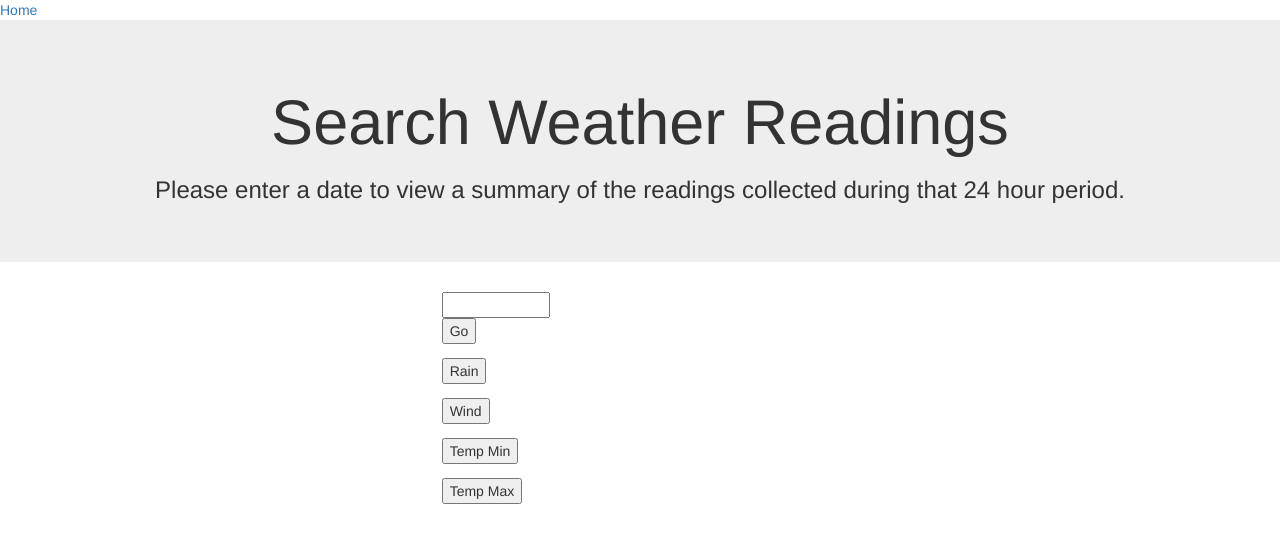
Repository: kralin27/ILC
Page: http://localhost/TESCWeather/WEB-INF/jsp/Search.jsp
An editor plug-in stored every save of this project. The page is shown before and after the next save, followed by the edit.
The browser window is 1280 px wide. The pictures show the whole page.
The page is served by Tomcat 9. Nobody is signed in. The template is opened directly, without the code that normally fills it, so the values that code supplies are empty.

Above is the page before, as saved 2016-12-13 02:34:58.

After the next save:
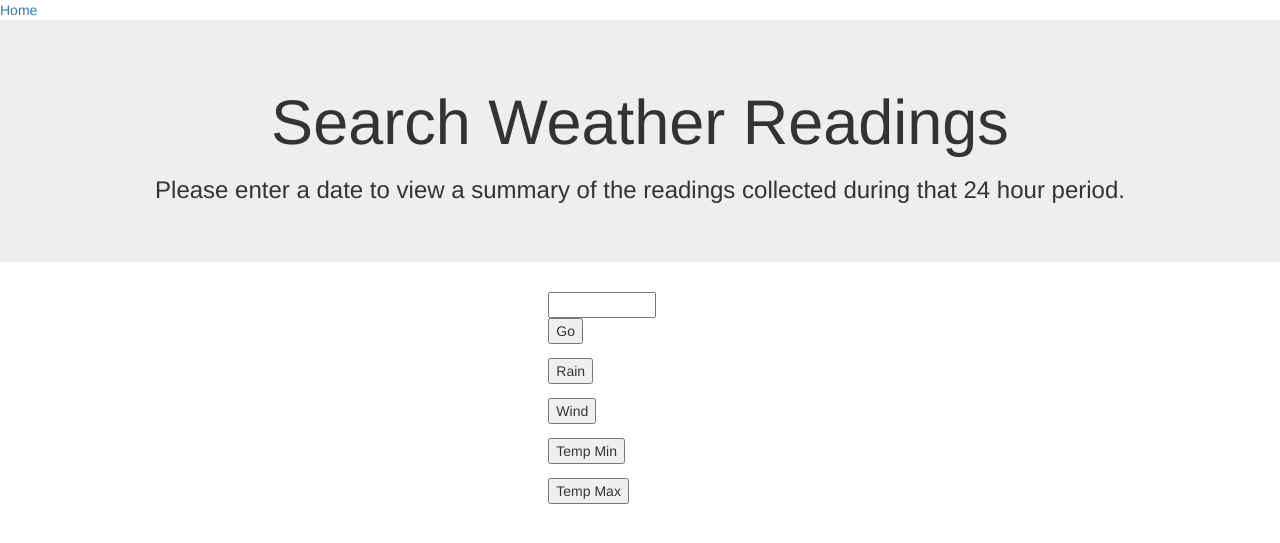
Saved 11 s later.
--- a/TESCWeather/src/main/webapp/WEB-INF/jsp/Search.jsp
+++ b/TESCWeather/src/main/webapp/WEB-INF/jsp/Search.jsp
@@ -21,7 +21,7 @@
 </div>
 
 
-<div class="col-md-4 col-md-offset-4">
+<div class="col-md-4 col-md-offset-5">
 	<form method="GET" action=" <spring:url value="/WeatherReadings/Date" />">
 		<input type="text" name="date" size="10" >
 		<p>
